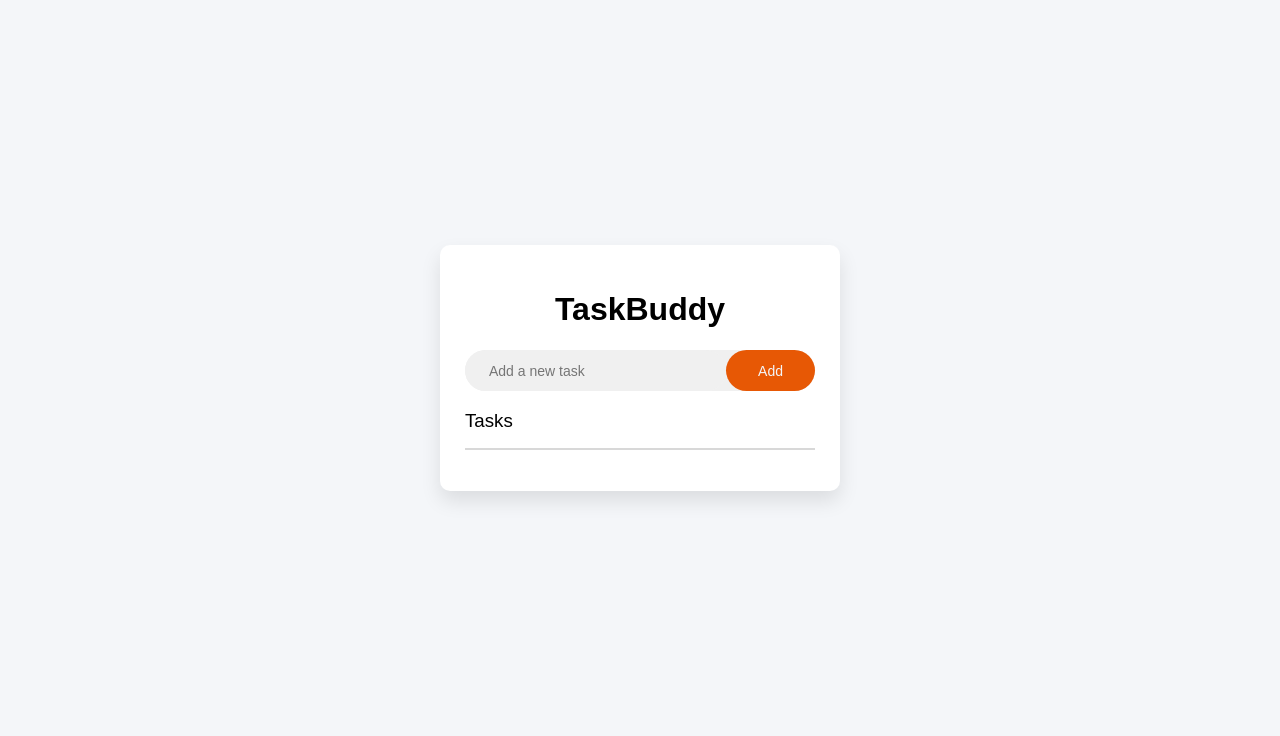
Repository: yogeshnandwani/taskbuddy-todo
Page: index.html
An editor plug-in stored every save of this project. The page is shown before and after the next save, followed by the edit.
The browser window is 1280 px wide. The pictures show the whole page.

Above is the page before, as saved 2026-03-16 20:14:08.

After the next save:
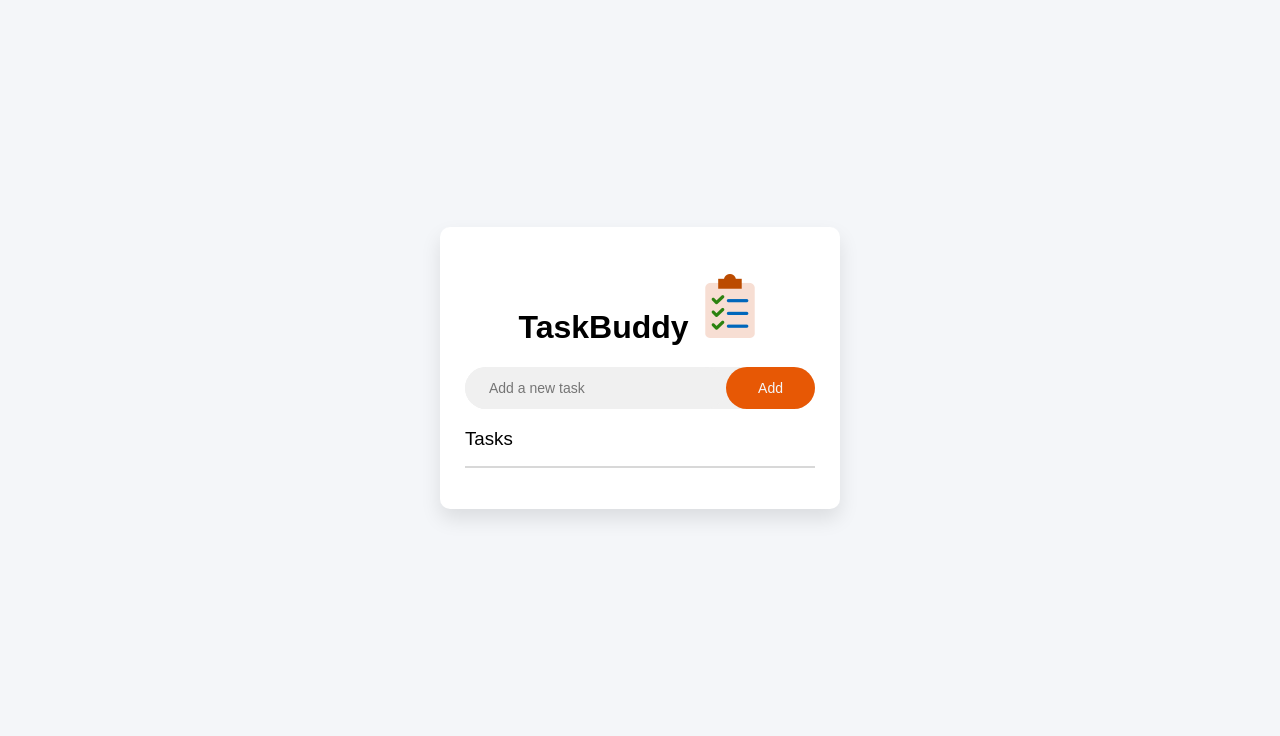
Saved 4 min 34 s later.
--- a/index.html
+++ b/index.html
@@ -10,7 +10,9 @@
 
 <div class="app">
 
-<h1>TaskBuddy</h1>
+<h1>TaskBuddy <span>
+    <img src="images/tasks.png" alt="">
+</span></h1>
 
 <div class="task-input">
 <input type="text" id="taskInput" placeholder="Add a new task">

After the save that followed:
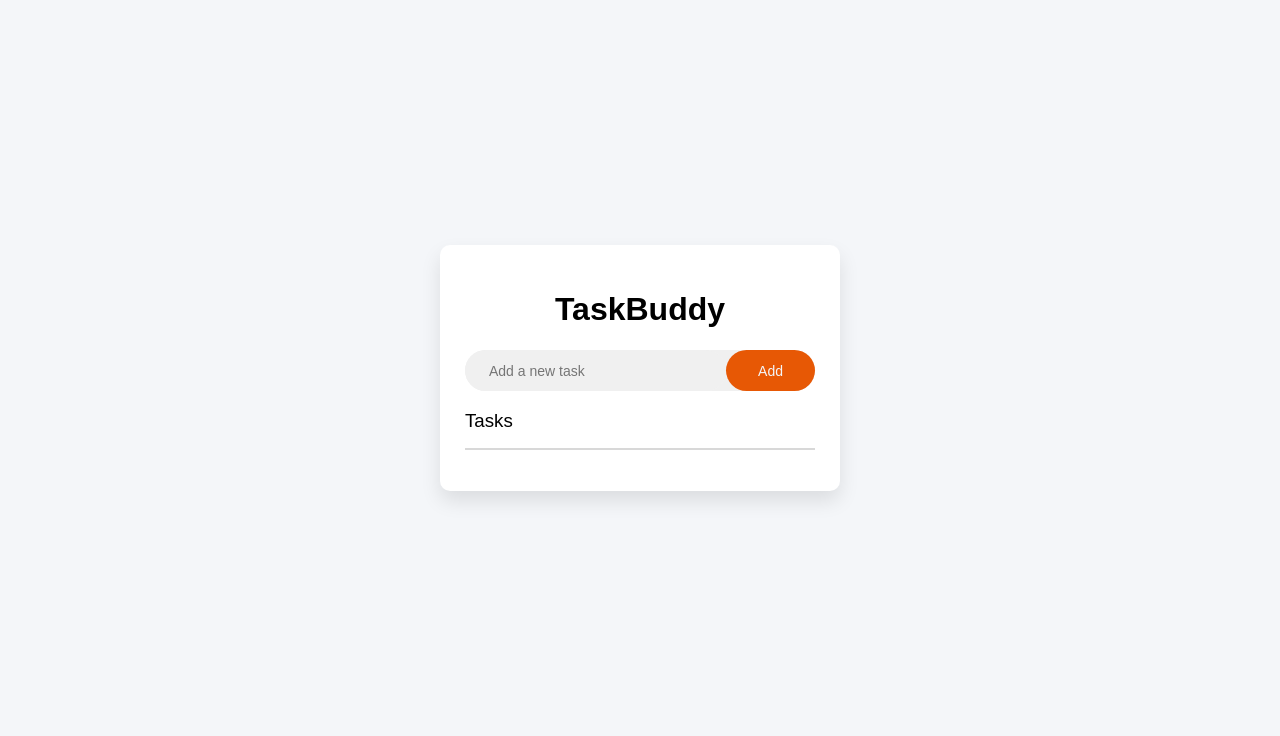
Saved 11 s later.
--- a/index.html
+++ b/index.html
@@ -10,9 +10,7 @@
 
 <div class="app">
 
-<h1>TaskBuddy <span>
-    <img src="images/tasks.png" alt="">
-</span></h1>
+<h1>TaskBuddy</h1>
 
 <div class="task-input">
 <input type="text" id="taskInput" placeholder="Add a new task">
